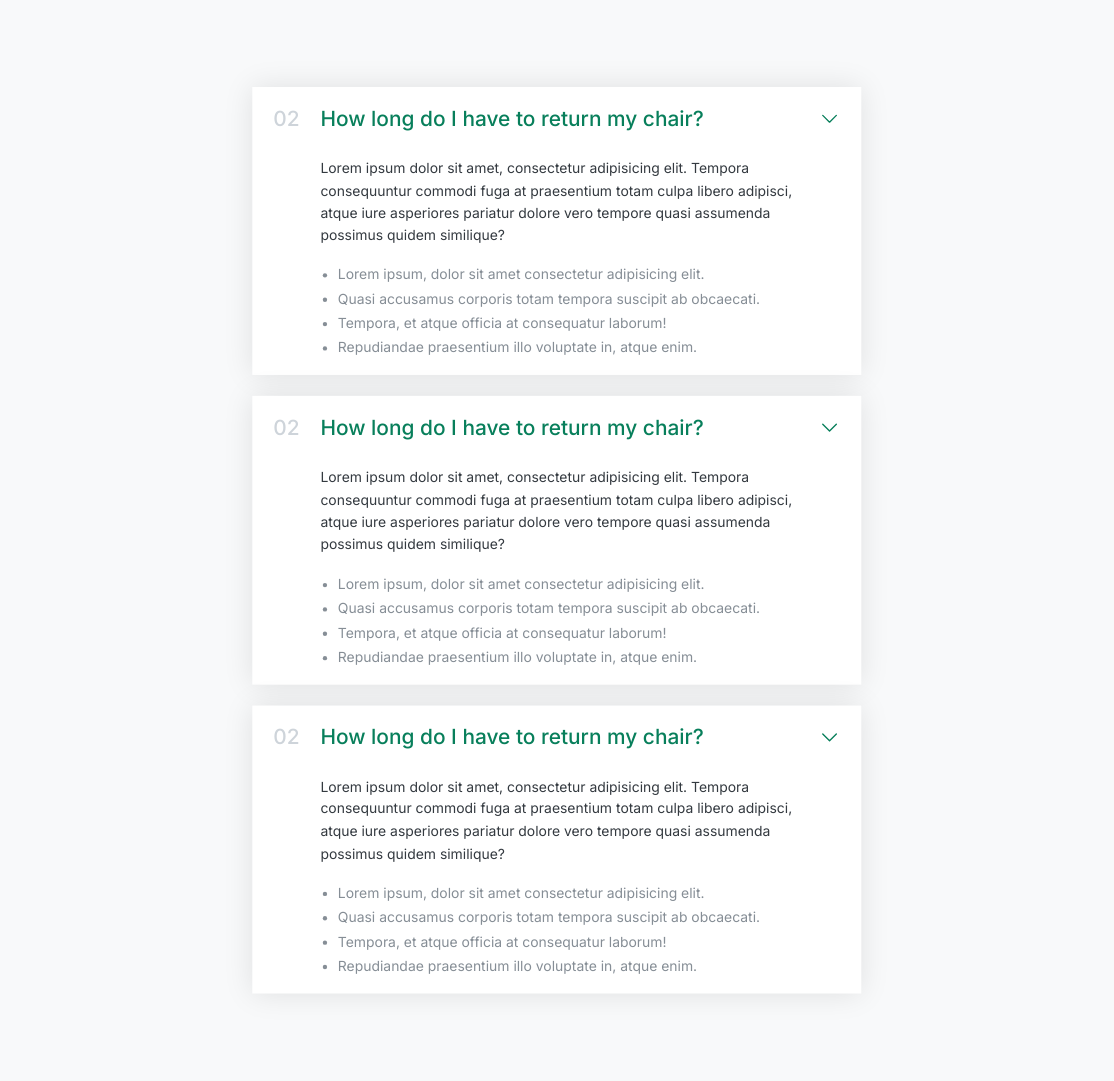
Repository: Ahmed123rezk123/06-Components
Page: accordion.html
An editor plug-in stored every save of this project. The page is shown before and after the next save, followed by the edit.
The browser window is 1280 px wide. The pictures show the whole page, at 87% of full size.

Above is the page before, as saved 2024-09-16 03:17:25.

### accordion.html
<!DOCTYPE html>
<html lang="en">
  <head>
    <meta charset="UTF-8" />
    <meta name="viewport" content="width=device-width, initial-scale=1.0" />
    <link rel="preconnect" href="https://fonts.gstatic.com" />
    <link
      href="https://fonts.googleapis.com/css2?family=Inter:wght@400;500;700&display=swap"
      rel="stylesheet"
    />
    <link rel="stylesheet" href="accordion.css" />
    <title>Accordion</title>
  </head>
  <body>
    <div class="accordion">
      <div class="item">
        <p class="number">02</p>
        <p class="text text2">How long do I have to return my chair?</p>
        <svg
          xmlns="http://www.w3.org/2000/svg"
          fill="none"
          viewBox="0 0 24 24"
          stroke-width="1.5"
          stroke="currentColor"
          class="icon icon2"
        >
          <path
            stroke-linecap="round"
            stroke-linejoin="round"
            d="m19.5 8.25-7.5 7.5-7.5-7.5"
          />
        </svg>
        <div class="hidden-box">
          <p>
            Lorem ipsum dolor sit amet, consectetur adipisicing elit. Tempora
            consequuntur commodi fuga at praesentium totam culpa libero
            adipisci, atque iure asperiores pariatur dolore vero tempore quasi
            assumenda possimus quidem similique?
          </p>
          <ul>
            <li>Lorem ipsum, dolor sit amet consectetur adipisicing elit.</li>
            <li>
              Quasi accusamus corporis totam tempora suscipit ab obcaecati.
            </li>
            <li>Tempora, et atque officia at consequatur laborum!</li>
            <li>Repudiandae praesentium illo voluptate in, atque enim.</li>
          </ul>
        </div>
      </div>
      <div class="item">
        <p class="number">02</p>
        <p class="text text2">How long do I have to return my chair?</p>
        <svg
          xmlns="http://www.w3.org/2000/svg"
          fill="none"
          viewBox="0 0 24 24"
          stroke-width="1.5"
          stroke="currentColor"
          class="icon icon2"
        >
          <path
            stroke-linecap="round"
            stroke-linejoin="round"
            d="m19.5 8.25-7.5 7.5-7.5-7.5"
          />
        </svg>
        <div class="hidden-box">
          <p>
            Lorem ipsum dolor sit amet, consectetur adipisicing elit. Tempora
            consequuntur commodi fuga at praesentium totam culpa libero
            adipisci, atque iure asperiores pariatur dolore vero tempore quasi
            assumenda possimus quidem similique?
          </p>
          <ul>
            <li>Lorem ipsum, dolor sit amet consectetur adipisicing elit.</li>
            <li>
              Quasi accusamus corporis totam tempora suscipit ab obcaecati.
            </li>
            <li>Tempora, et atque officia at consequatur laborum!</li>
            <li>Repudiandae praesentium illo voluptate in, atque enim.</li>
          </ul>
        </div>
      </div>
      <div class="item">
        <p class="number">02</p>
        <p class="text text2">How long do I have to return my chair?</p>
        <svg
          xmlns="http://www.w3.org/2000/svg"
          fill="none"
          viewBox="0 0 24 24"
          stroke-width="1.5"
          stroke="currentColor"
          class="icon icon2"
        >
          <path
            stroke-linecap="round"
            stroke-linejoin="round"
            d="m19.5 8.25-7.5 7.5-7.5-7.5"
          />
        </svg>
        <div class="hidden-box">
          <p>
            Lorem ipsum dolor sit amet, consectetur adipisicing elit. Tempora
            consequuntur commodi fuga at praesentium totam culpa libero
            adipisci, atque iure asperiores pariatur dolore vero tempore quasi
            assumenda possimus quidem similique?
          </p>
          <ul>
            <li>Lorem ipsum, dolor sit amet consectetur adipisicing elit.</li>
            <li>
              Quasi accusamus corporis totam tempora suscipit ab obcaecati.
            </li>
            <li>Tempora, et atque officia at consequatur laborum!</li>
            <li>Repudiandae praesentium illo voluptate in, atque enim.</li>
          </ul>
        </div>
      </div>
    </div>
  </body>
</html>

### accordion.css
* {
  margin: 0;
  padding: 0;
  box-sizing: border-box;
}

body {
  font-family: "Inter", sans-serif;
  color: #343a40;
  /* border-bottom: 8px solid #087f5b; */
  background-color: #f8f9fa;
  line-height: 1;
  /* height: 500px; */
}
.accordion {
  width: 700px;
  margin: 100px auto;
  display: flex;
  flex-direction: column;
  gap: 24px;
}

.item {
  background-color: #fff;
  padding: 24px;
  display: grid;
  grid-template-columns: auto 1fr auto;
  column-gap: 24px;
  row-gap: 32px;
  box-shadow: 0 0 32px rgba(0, 0, 0, 0.1);
  align-items: center;
}
.number,
.text {
  font-size: 24px;
  font-weight: 500;
  color: #ced4da;
}
.text {
  color: #000;
}

.icon {
  width: 25px;
  stroke: #087f5b;
}

.item2 {
  border-top: 4px solid #087f5b;
}
.num2,
.text2 {
  color: #087f5b;
}
.hidden-box {
  grid-column: 2;
}
.hidden-box p {
  line-height: 1.6;
  margin-bottom: 24px;
}

.hidden-box ul {
  color: #868e96;
  margin-left: 20px;
  display: flex;
  flex-direction: column;
  gap: 12px;
}

After the next save:
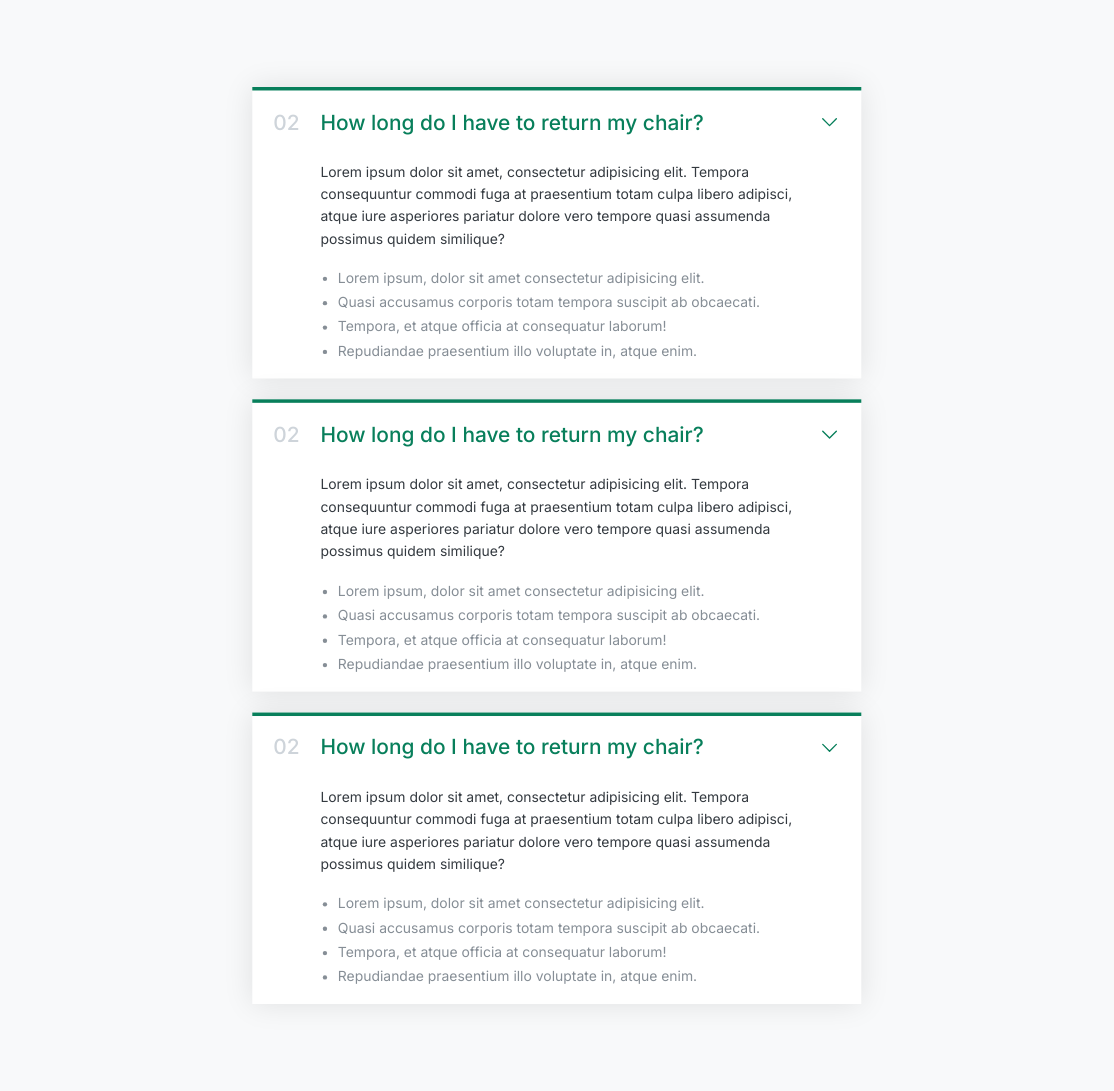
Saved 27 s later.
--- a/accordion.css
+++ b/accordion.css
@@ -29,6 +29,7 @@ body {
   row-gap: 32px;
   box-shadow: 0 0 32px rgba(0, 0, 0, 0.1);
   align-items: center;
+  border-top: 4px solid #087f5b;
 }
 .number,
 .text {
